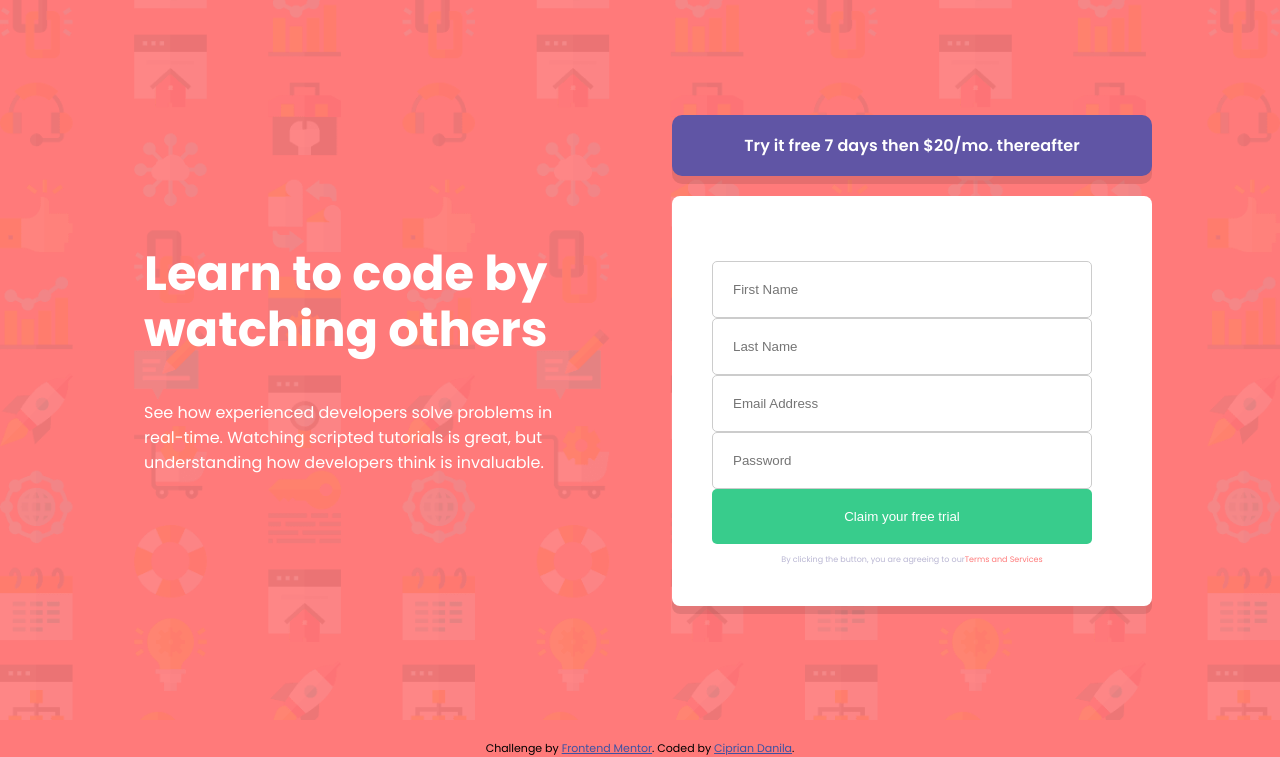
Repository: cipdanila/intro-component-with-sign-up-form
Page: index.html
The author's editor kept a copy of each file at every save. The page is drawn from the files as they stood at one save, then again after the next save.
The browser window is 1280 px wide. The pictures show the whole page.

Above is the page before, as saved 2024-02-14 15:14:26.

### index.html
<!DOCTYPE html>
<html lang="en">
    <head>
        <meta charset="UTF-8" />
        <meta name="viewport" content="width=device-width, initial-scale=1.0" />
        <!-- displays site properly based on user's device -->

        <link rel="icon" type="image/png" sizes="32x32" href="./images/favicon-32x32.png" />
        <link rel="stylesheet" href="styles.css" />
        <title>Frontend Mentor | Intro component with sign up form</title>
    </head>
    <body>
        <main>
            <div class="container">
                <section class="info">
                    <h1>Learn to code by watching others</h1>
                    <p>
                        See how experienced developers solve problems in real-time. Watching scripted tutorials is great, but
                        understanding how developers think is invaluable.
                    </p>
                </section>
                <section class="container-form">
                    <h2>Try it free 7 days then $20/mo. thereafter</h2>
                    <div class="form">
                        <form action="">
                            <label for="fname"> </label><br />
                            <input type="text" name="fname" id="fname" class="input-field" placeholder="First Name" required />
                            <span class="error-message" id="fname-error">First Name cannot be empty</span>
                            <label for="lname"> </label><br />
                            <input type="text" name="lname" id="lname" placeholder="Last Name" required />
                            <span class="error-message" id="lname-error">Last Name cannot be empty</span>
                            <label for="email"> </label><br />
                            <input type="email" name="email" id="email" placeholder="Email Address" required />
                            <span class="error-message" id="email-error">Looks like this is not an email</span>
                            <span class="error-message" id="email-error2">Email Adress cannot be empty</span>
                            <label for="password"></label>
                            <input type="password" name="password" id="password" placeholder="Password" required />
                            <span class="error-message" id="password-error">Password cannot be empty</span>
                            <input type="button" id="google-login-button" value="Claim your free trial" />
                            <p>By clicking the button, you are agreeing to our <span>Terms and Services</span></p>
                        </form>
                    </div>
                </section>
            </div>
        </main>

        <footer>
            <div class="attribution">
                Challenge by
                <a
                    href="https://www.frontendmentor.io/challenges/intro-component-with-signup-form-5cf91bd49edda32581d28fd1/hub"
                    target="_blank"
                    rel="noopener noreferer"
                    >Frontend Mentor</a
                >. Coded by <a href="https://github.com/cipdanila" target="_blank" rel="noopener noreferer">Ciprian Danila</a>.
            </div>
        </footer>
    </body>
</html>

### styles.css
@import url("https://fonts.googleapis.com/css2?family=Poppins:wght@400;500;600;700&display=swap");

:root {
    /* Colors */
    /* Primary */
    --red: hsl(0, 100%, 74%);
    --green: hsl(154, 59%, 51%);
    /* Accent */
    --blue: hsl(248, 32%, 49%);
    /* Neutral */
    --dark-blue: hsl(249, 10%, 26%);
    --grayish-blue: hsl(246, 25%, 77%);
    --white: #fff;
    /* Other variables */
    --font-size-base: 1rem; /* 16px */
    --font-weight-base: 400;
}

*,
*::after,
*::before {
    margin: 0;
    padding: 0;
    box-sizing: border-box;
}

body,
html {
    font-family: "Poppins", sans-serif;
    font-size: var(--font-size-base);
    font-weight: var(--font-weight-base);
    background-color: var(--red);
}
main {
    display: flex;
    justify-content: center;
    align-items: center;
    height: 100vh;
    background-color: var(--red);
    background-image: url("./images/bg-intro-desktop.png");
    background-size: cover;
    background-position: center;
    width: 100%;
}

.container {
    display: flex;
    flex-direction: row;
    align-items: center;
    justify-content: center;
    padding: 6rem;
}

section {
    max-width: 100%;
    width: 50%;
    display: flex;
    flex-direction: column;
    align-items: center;
    justify-content: center;
    padding: 2rem;
}

.form {
    background-color: #fff;
    padding: 2.5rem;
    border-radius: 0.5rem;
    box-shadow: rgba(0, 0, 0, 0.1) 0px 0.5rem;
    display: flex;
    flex-direction: column;
    align-items: center;
    justify-content: center;
}

h1 {
    font-size: 3rem;
    font-weight: 700;
    color: #fff;
    line-height: 3.5rem;
    padding: 1rem 1rem;
}

.info p {
    color: var(--white);
    padding: 1rem;
}

h2 {
    width: 100%;
    font-size: 1rem;
    font-weight: 600;
    letter-spacing: 0.1px;
    box-shadow: rgba(0, 0, 0, 0.1) 0px 0.5rem;
    display: flex;
    align-items: center;
    justify-content: center;
    background-color: var(--blue);
    color: #fff;
    padding: 1.125rem;
    border-radius: 0.625rem;
    margin-bottom: 1.25rem;
}

p {
    margin-top: 10px;
}


input[type="text"],
input[type="email"],
input[type="password"],
input[type="button"] {
    width: calc(100% - 1.25rem);
    padding: 1.25rem;
    /* margin: 10px; */
    border-radius: 5px;
    border: 1px solid #ccc;
    color: var(--dark-blue);
}

input {
    border-style: none;
    outline: none;
}

input:focus {
    border: 1px solid var(--blue);
}

.input-field {
    border: 1px solid var(--dark-blue);
}

.input-field.input-error {
    border-color: var(--red);
}

.input-field.input-error::after {
    content: "";
    position: absolute;
    top: 50%;
    right: 10px;
    transform: translateY(-50%);
    width: 10px;
    height: 10px;
    background-image: url(./images/icon-error.svg);
    background-size: contain;
    background-color: var(--red);
    border-radius: 50%;
}

.error-message {
    display: none;
    color: var(--red);
    font-size: 12px;
    margin-top: 5px;
}

.error-message.show {
    display: block;
}

input[type="button"] {
    background-color: var(--green);
    color: #fff;
    cursor: pointer;
    border: none;
}

input[type="button"]:hover {
    background-color: hsl(154, 59%, 68%);
    cursor: pointer;
}

form p {
    color: var(--grayish-blue);
    font-size: 0.5rem;
    display: flex;
    align-items: center;
    justify-content: center;
}

span {
    color: var(--red);
}

footer {
    margin-top: 20px;
    text-align: center;
}

.attribution {
    font-size: 11px;
    text-align: center;
}

.attribution a {
    color: hsl(228, 45%, 44%);
}

After the next save:
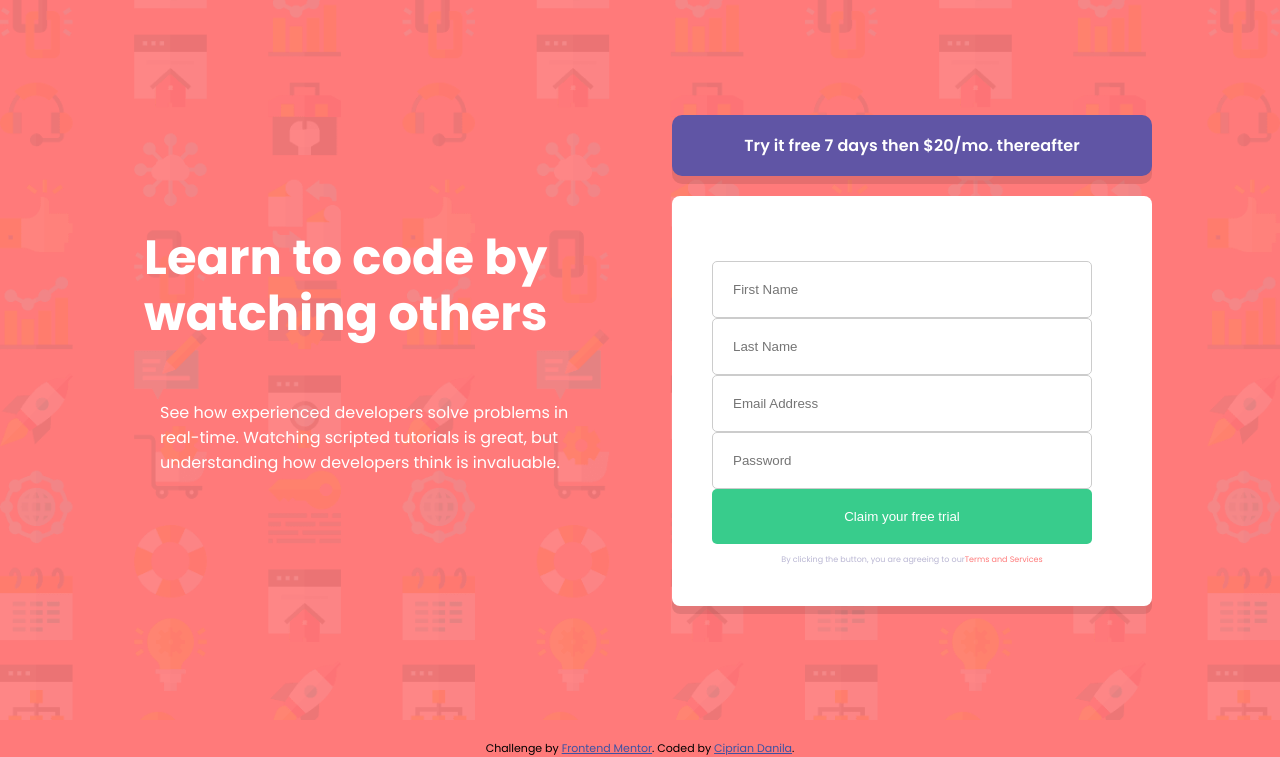
Saved 11 s later.
--- a/styles.css
+++ b/styles.css
@@ -82,7 +82,7 @@
 
 .info p {
     color: var(--white);
-    padding: 1rem;
+    padding: 2rem;
 }
 
 h2 {
